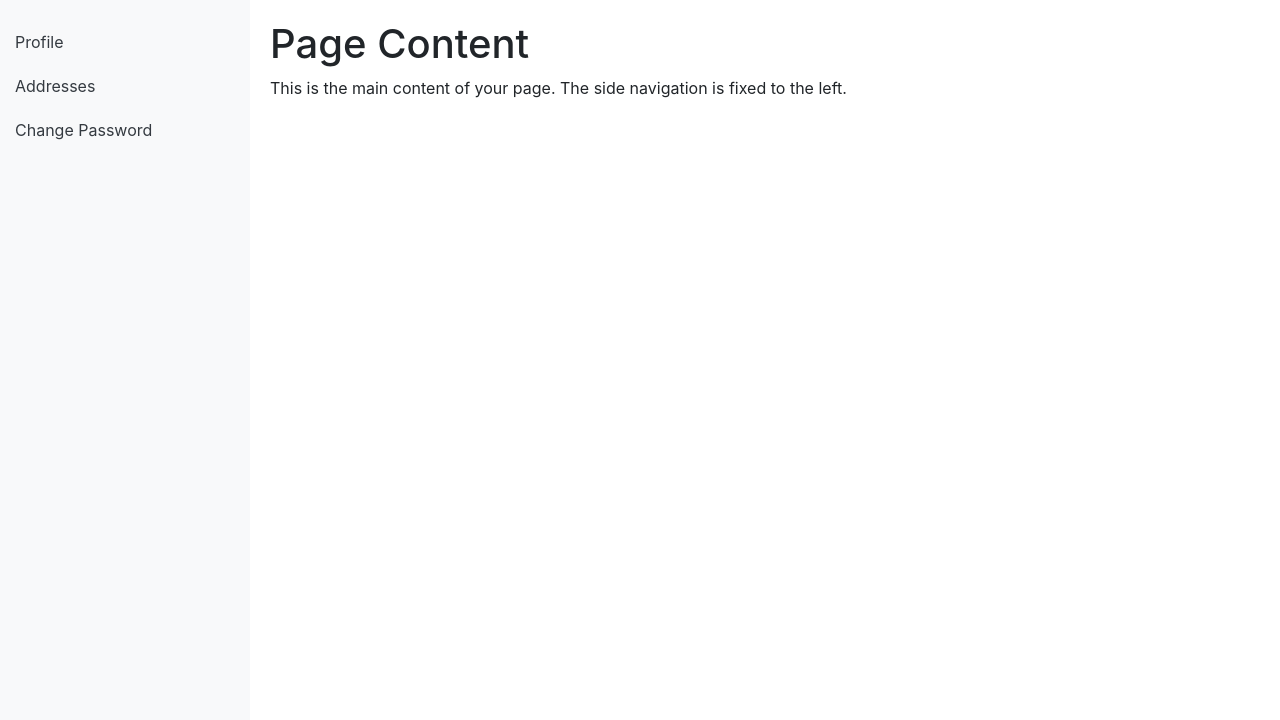
Repository: Darkrepo23/Ecommerce-Manalastas-project
Page: profile-settings.html
The author's editor kept a copy of each file at every save. The page is drawn from the files as they stood at one save, then again after the next save.
The browser window is 1280 px wide. The pictures show the whole page.
Some web libraries are served in a nearby version.

Above is the page before, as saved 2026-01-04 08:42:10.

### profile-settings.html
 <!DOCTYPE html>
 <html lang="en">
 <head>
  <meta charset="UTF-8">
  <meta name="viewport" content="width=device-width, initial-scale=1.0">
  <title>Bootstrap Side Navigation</title>
  <!-- Bootstrap CSS -->
  <link rel="stylesheet" href="https://stackpath.bootstrapcdn.com/bootstrap/4.5.2/css/bootstrap.min.css">
  <style>
  /* Custom Styles for the Side Navigation */
  .sidebar {
  height: 100vh; /* Full height of the viewport */
  width: 250px; /* Width of the sidebar */
  position: fixed; /* Fixed position */
  top: 0;
  left: 0;
  background-color: #f8f9fa; /* Light gray background */
  padding-top: 20px;
  }

  .sidebar a {
  padding: 10px 15px;
  text-decoration: none;
  font-size: 16px;
  color: #343a40; /* Dark gray color */
  display: block;
  }

  .sidebar a:hover {
  background-color: #e9ecef; /* Lighter gray on hover */
  }

  /* Content area style to prevent overlap */
  .content {
  margin-left: 250px; /* Same as sidebar width */
  padding: 20px;
  }
  </style>
 </head>
 <body>

  <!-- Side Navigation -->
  <div class="sidebar">
  <a href="#">Profile</a>
  <a href="#">Addresses</a>
  <a href="#">Change Password</a>
  </div>

  <!-- Page Content -->
  <div class="content">
  <h1>Page Content</h1>
  <p>This is the main content of your page. The side navigation is fixed to the left.</p>
  </div>

  <!-- Bootstrap JS and Popper.js (optional, but might be needed for other components) -->
  <script src="https://code.jquery.com/jquery-3.5.1.slim.min.js"></script>
  <script src="https://cdn.jsdelivr.net/npm/@popperjs/core@2.5.3/dist/umd/popper.min.js"></script>
  <script src="https://stackpath.bootstrapcdn.com/bootstrap/4.5.2/js/bootstrap.min.js"></script>
 </body>
 </html>

After the next save:
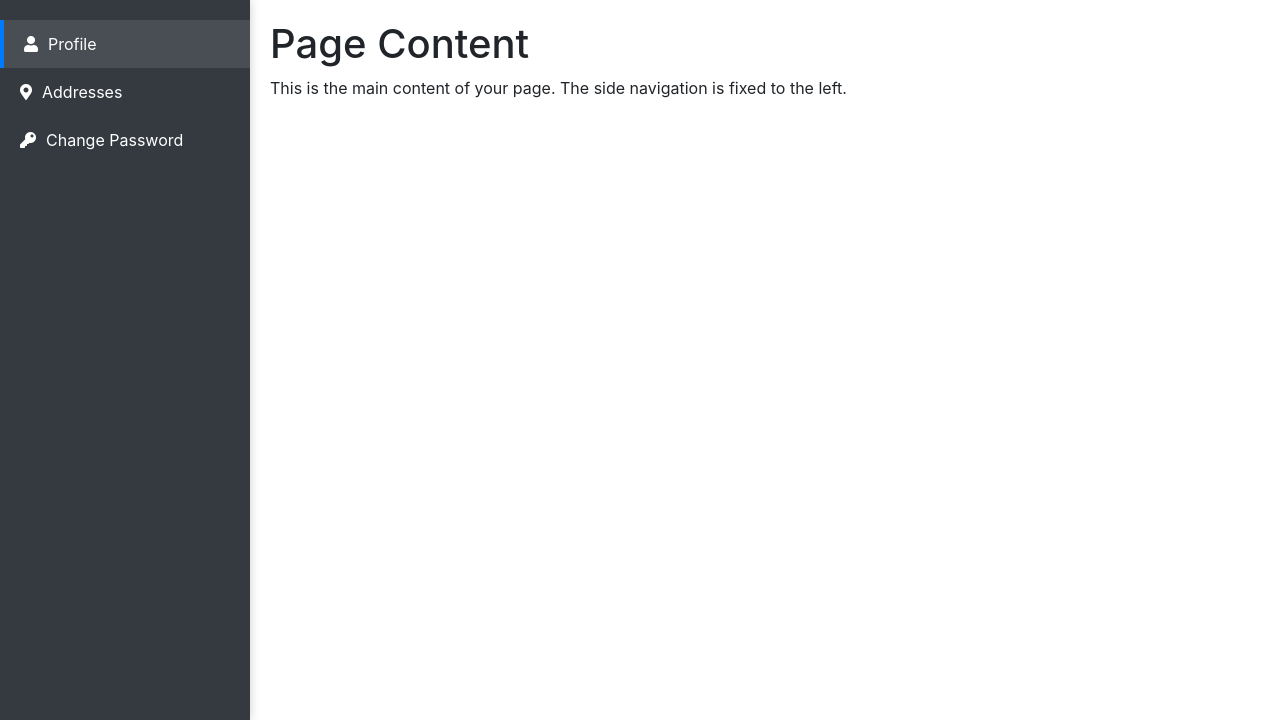
Saved 48 s later.
--- a/profile-settings.html
+++ b/profile-settings.html
@@ -3,9 +3,11 @@
  <head>
   <meta charset="UTF-8">
   <meta name="viewport" content="width=device-width, initial-scale=1.0">
-  <title>Bootstrap Side Navigation</title>
+  <title>Beautiful Bootstrap Side Navigation</title>
   <!-- Bootstrap CSS -->
   <link rel="stylesheet" href="https://stackpath.bootstrapcdn.com/bootstrap/4.5.2/css/bootstrap.min.css">
+  <!-- Font Awesome CSS (for icons) -->
+  <link rel="stylesheet" href="https://cdnjs.cloudflare.com/ajax/libs/font-awesome/5.15.4/css/all.min.css">
   <style>
   /* Custom Styles for the Side Navigation */
   .sidebar {
@@ -14,20 +16,27 @@
   position: fixed; /* Fixed position */
   top: 0;
   left: 0;
-  background-color: #f8f9fa; /* Light gray background */
+  background-color: #343a40; /* Dark background */
+  color: white; /* White text */
   padding-top: 20px;
+  box-shadow: 0 0 10px rgba(0, 0, 0, 0.2); /* Add shadow */
   }
 
   .sidebar a {
-  padding: 10px 15px;
+  padding: 12px 20px;
   text-decoration: none;
   font-size: 16px;
-  color: #343a40; /* Dark gray color */
+  color: white; /* White text */
   display: block;
+  transition: background-color 0.3s ease; /* Smooth transition */
   }
 
   .sidebar a:hover {
-  background-color: #e9ecef; /* Lighter gray on hover */
+  background-color: rgba(255, 255, 255, 0.1); /* Lighter background on hover */
+  }
+
+  .sidebar i {
+  margin-right: 10px; /* Add space between icon and text */
   }
 
   /* Content area style to prevent overlap */
@@ -35,15 +44,21 @@
   margin-left: 250px; /* Same as sidebar width */
   padding: 20px;
   }
+
+  /* Add a top border to the active link */
+  .sidebar .active {
+  border-left: 4px solid #007bff; /* Blue active indicator */
+  background-color: rgba(255, 255, 255, 0.1); /* Slightly lighter background */
+  }
   </style>
  </head>
  <body>
 
   <!-- Side Navigation -->
   <div class="sidebar">
-  <a href="#">Profile</a>
-  <a href="#">Addresses</a>
-  <a href="#">Change Password</a>
+  <a href="#" class="active"><i class="fas fa-user"></i>Profile</a>
+  <a href="#"><i class="fas fa-map-marker-alt"></i>Addresses</a>
+  <a href="#"><i class="fas fa-key"></i>Change Password</a>
   </div>
 
   <!-- Page Content -->
